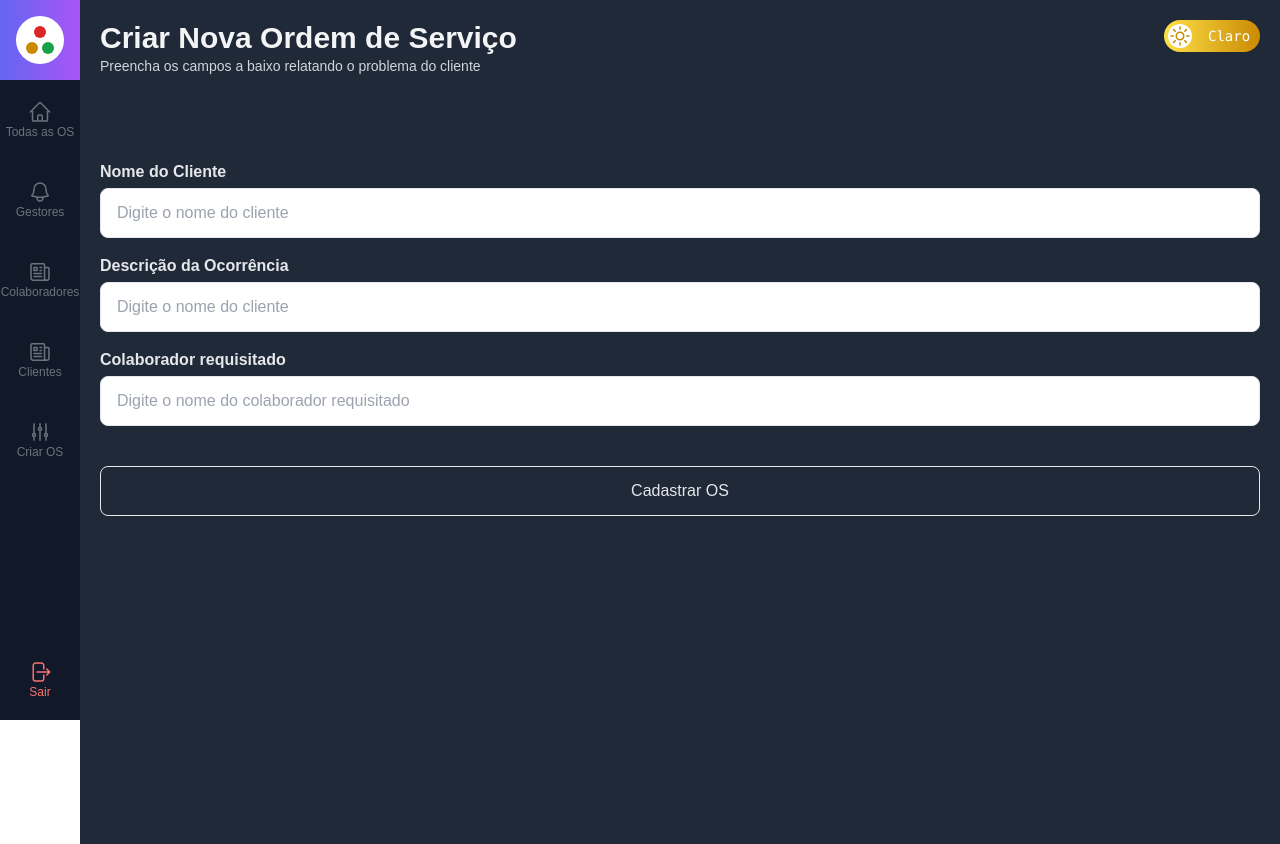
Repository: JackSSads/udemy-nextjs
Page: /create-os
An editor plug-in stored every save of this project. The page is shown before and after the next save, followed by the edit.
The browser window is 1280 px wide. The pictures show the whole page.
The project was rebuilt for these pictures with package versions that can differ from the ones it lists, and the page was loaded fresh each time. The framework's server and built-in components were replaced by stand-ins that run in the browser. Also part of the build but not shown: next.config.js.

Above is the page before, as saved 2022-10-30 12:20:16.

After the next save:
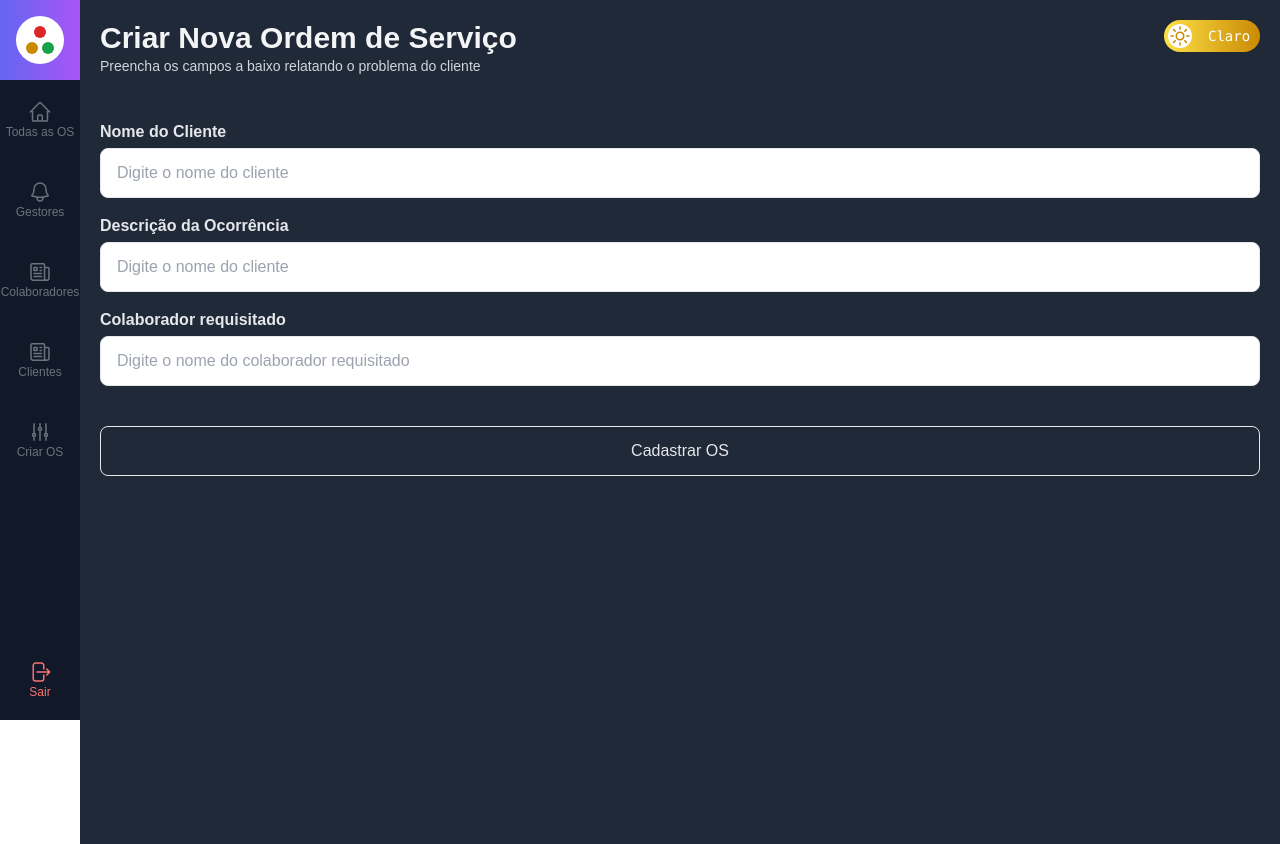
Saved 5 s later.
--- a/src/pages/create-os.tsx
+++ b/src/pages/create-os.tsx
@@ -87,7 +87,7 @@
       ) : false}
 
       <div className="
-        h-screen py-10 flex flex-col
+        h-screen  flex flex-col
       ">
 
         <FormPost

After the save that followed:
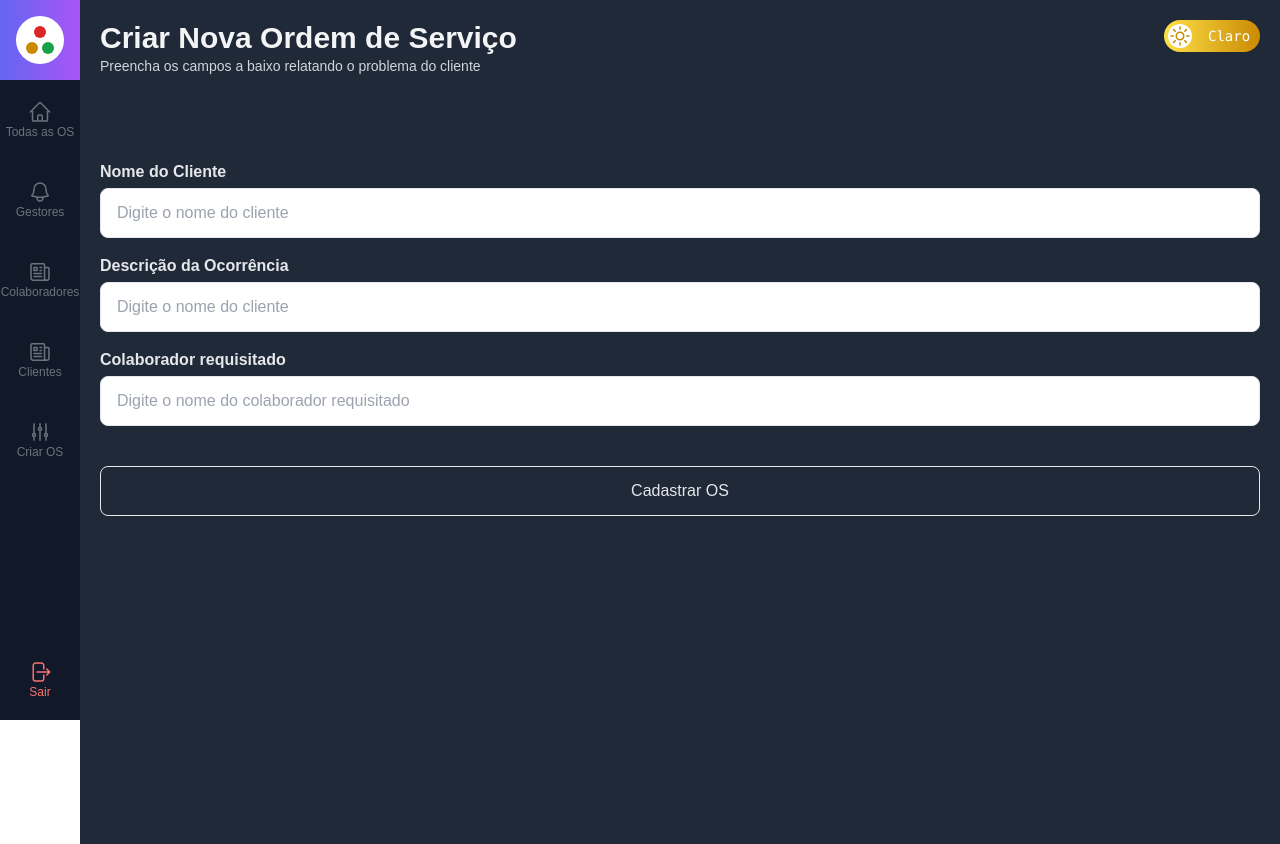
Saved 4 s later.
--- a/src/pages/create-os.tsx
+++ b/src/pages/create-os.tsx
@@ -87,7 +87,7 @@
       ) : false}
 
       <div className="
-        h-screen  flex flex-col
+        h-screen py-10 flex flex-col
       ">
 
         <FormPost
